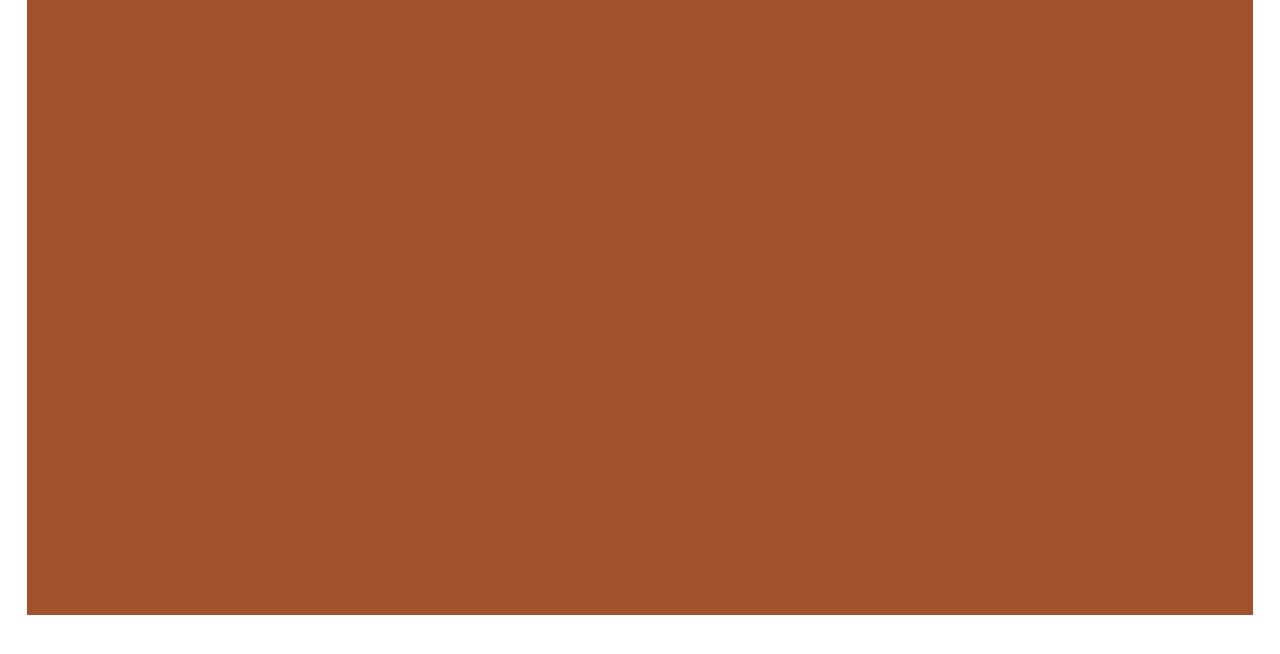
Repository: TheBestBadGuy0228/code
Page: float案例2.html
The author's editor kept a copy of each file at every save. The page is drawn from the files as they stood at one save, then again after the next save.
The browser window is 1280 px wide. The pictures show the whole page.

Above is the page before, as saved 2021-12-09 10:20:25.

After the next save:
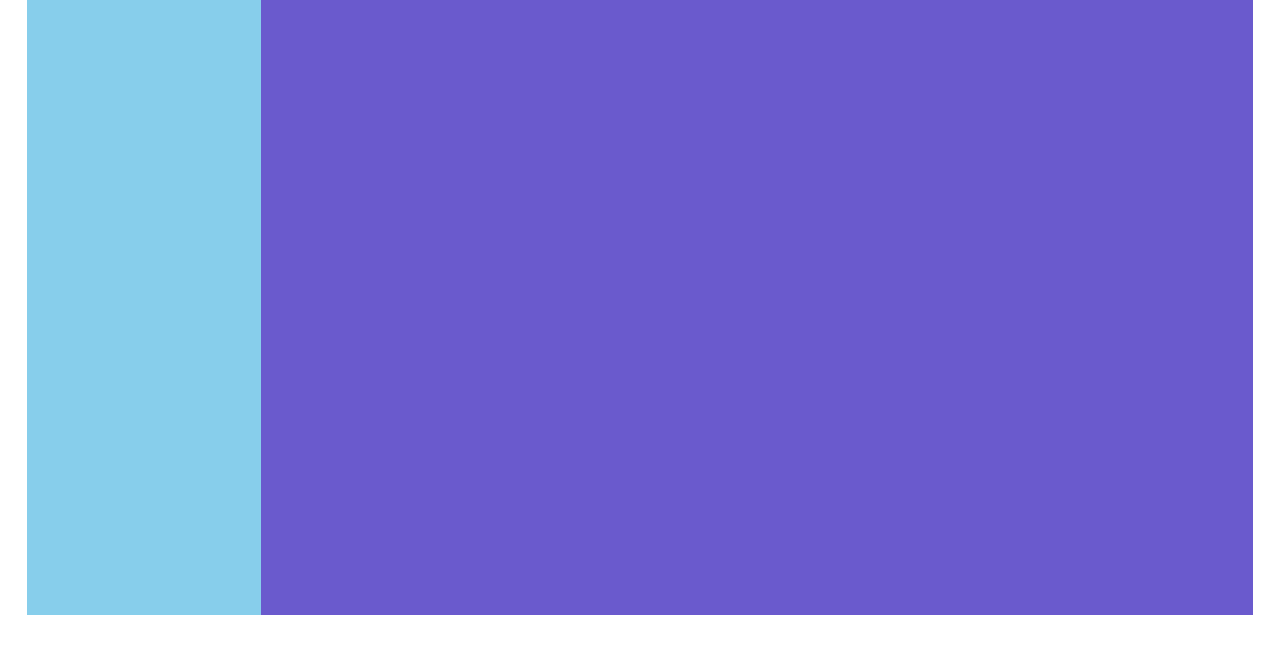
Saved 111 s later.
--- a/float案例2.html
+++ b/float案例2.html
@@ -28,6 +28,15 @@
     .left {
         width: 234px;
         height: 615px;
+        background-color: skyblue;
+        float: left;
+    }
+
+    .right {
+        width: 992px;
+        height: 615px;
+        background-color: slateblue;
+        float: left;
     }
 </style>
 <body>
